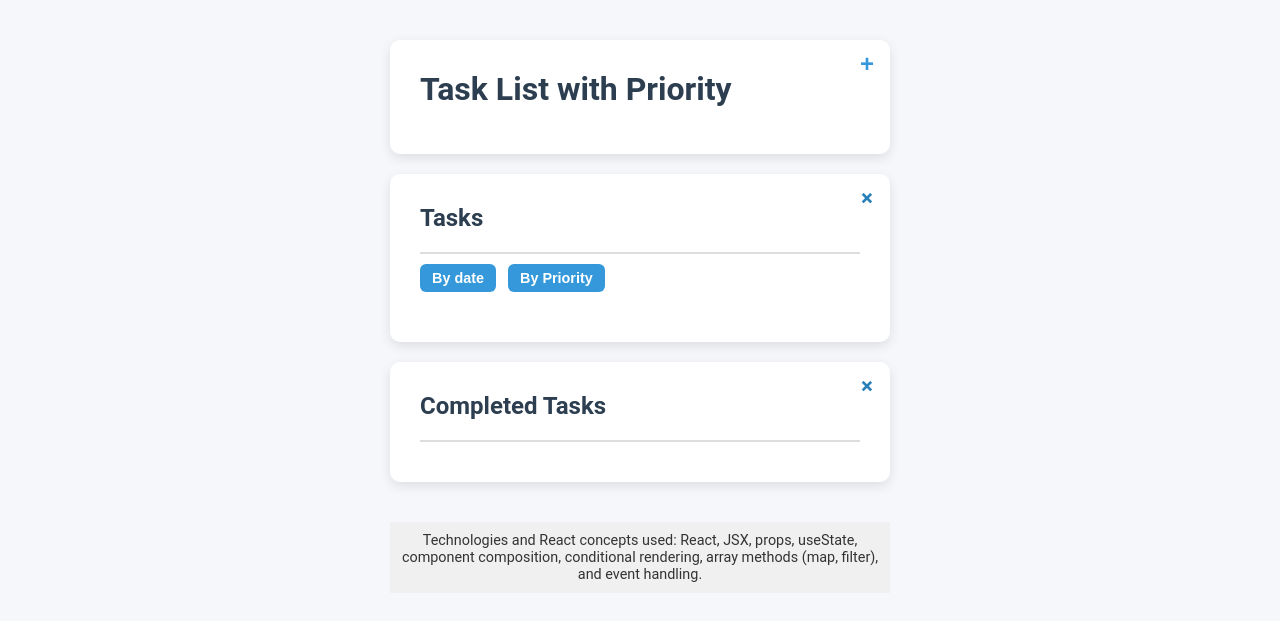
Repository: Lithium87/TaskList
Page: /
These files come from the project's save history. The page is drawn as it stood at one moment and after the next save; the edit follows.
The browser window is 1280 px wide. The pictures show the whole page.
The project was rebuilt for these pictures with package versions that can differ from the ones it lists, and the page was loaded fresh each time. Also part of the build but not shown: vite.config.js.

Above is the page before, as saved 2025-07-09 17:51:19.

### src/index.css
/* General app styles */
* {
  box-sizing: border-box;
  margin: 0;
  padding: 0;
}

body {
  font-family: "Roboto", sans-serif;
  background-color: #f5f7fa;
  display: flex;
  justify-content: center;
  align-items: flex-start;
  min-height: 100vh;
  padding: 40px;
  color: #333;
}

.app {
  display: flex;
  flex-direction: column;
  gap: 20px;
  max-width: 500px;
  width: 100%;
}

/* Main container for current tasks and completed tasks */
.task-container,
.completed-task-container {
  position: relative;
  background-color: #ffffff;
  border-radius: 10px;
  box-shadow: 0 4px 12px rgba(0, 0, 0, 0.1);
  padding: 30px;
}

/* Headings */
h1,
h2 {
  color: #2c3e50;
  margin-bottom: 16px;
}

/* Completed Task toggle button */
.completed-header {
  display: flex;
  align-items: center;
  justify-content: space-between;
}

.toggle-button {
  background: none;
  border: none;
  cursor: pointer;
  font-size: 1.2em;
  color: #3498db;
  transition: transform 0.3s ease;
}

.toggle-button.open {
  transform: rotate(180deg);
}

/* Sort buttons container */
.sort-controls {
  display: flex;
  justify-content: start;
  align-items: center;
  gap: 12px;
  margin-bottom: 20px;
}

/* Close/open button for sections */
.close-button {
  background: none;
  border: none;
  font-size: 1.5em;
  font-weight: bold;
  color: #3498db;
  cursor: pointer;
  position: absolute;
  top: 10px;
  right: 16px;
  padding: 0;
  transition: color 0.3s, transform 0.3s ease;
}

.close-button.open {
  transform: rotate(135deg); /* Turns "×" into "+" */
  color: #2980b9;
}

.close-button:hover {
  color: #2980b9;
}

/* Sort buttons */
.sort-button {
  padding: 6px 12px;
  background-color: #3498db;
  border: none;
  color: white;
  font-size: 0.9em;
  font-weight: bold;
  border-radius: 6px;
  cursor: pointer;
  transition: background-color 0.3s;
}

.sort-button.active {
  background-color: #2980b9;
  font-weight: bold;
}

.sort-button:hover {
  background-color: #2980b9;
}

/* Task form styles */
.task-form {
  display: flex;
  flex-direction: column;
  align-items: center;
  margin-bottom: 20px;
  animation: fade-in 0.5s ease-in-out;
}

.task-form input[type="text"],
.task-form select,
.task-form input[type="datetime-local"] {
  margin: 0 0 16px 0;
  padding: 12px;
  border-radius: 8px;
  border: 1px solid #ced4da;
  width: 80%;
  font-size: 1em;
  transition: border 0.3s;
}

.task-form input:focus,
.task-form select:focus,
.task-form input[type="datetime-local"]:focus {
  outline: none;
  border-color: #3498db;
}

.task-form button {
  padding: 12px 24px;
  border: none;
  background-color: #2980b9;
  color: white;
  font-size: 1em;
  font-weight: bold;
  border-radius: 8px;
  cursor: pointer;
  transition: background-color 0.3s, transform 0.2s;
  width: 80%;
}

.task-form button:hover {
  background-color: #2980b9;
  transform: translateY(-2px);
}

/* Task list styles */
.task-list,
.completed-task-list {
  list-style-type: none;
  padding: 0;
  width: 100%;
}

/* Task item styles */
.task-item {
  padding: 15px;
  border-radius: 8px;
  display: flex;
  justify-content: space-between;
  align-items: center;
  margin: 10px 0;
  font-size: 1.1em;
  transition: transform 0.2s, opacity 0.3s;
  animation: fade-in 0.5s ease-in-out;
}

.task-item.high {
  background-color: #f8d7da;
  color: #721c24;
  border-left: 6px solid #f5c6cb;
}

.task-item.medium {
  background-color: #fff3cd;
  color: #856404;
  border-left: 6px solid #ffeeba;
}

.task-item.low {
  background-color: #d4edda;
  color: #155724;
  border-left: 6px solid #c3e6cb;
}

.task-item:hover {
  transform: scale(1.02);
}

.task-info {
  flex: 1;
  text-align: left;
}

/* Date text style */
.task-deadline {
  font-size: 0.85em;
  color: #666;
  margin-top: 5px;
}

/* Buttons container for vertical alignment */
.task-buttons {
  display: flex;
  flex-direction: column;
  gap: 6px;
}

/* Complete button */
.complete-button {
  padding: 6px 10px;
  background-color: #2ecc71;
  border: none;
  color: white;
  border-radius: 6px;
  font-size: 0.85em;
  font-weight: bold;
  cursor: pointer;
  transition: background-color 0.3s, transform 0.2s;
}

.complete-button:hover {
  background-color: #27ae60;
  transform: translateY(-2px);
}

/* Delete button */
.delete-button {
  padding: 6px 10px;
  background-color: #e74c3c;
  border: none;
  color: white;
  border-radius: 6px;
  font-size: 0.85em;
  font-weight: bold;
  cursor: pointer;
  transition: background-color 0.3s, transform 0.2s;
}

.delete-button:hover {
  background-color: #c0392b;
  transform: translateY(-2px);
}

/* Completed task item */
.task-item.completed {
  background-color: #e0f7df;
  color: #155724;
  border-left: 6px solid #a5d6a7;
  opacity: 0.9;
}

/* Animation for completed tasks */
.completed-task-list .task-item {
  animation: fade-in 0.5s ease-in-out;
}

@keyframes fade-in {
  from {
    opacity: 0;
    transform: translateY(-10px);
  }
  to {
    opacity: 1;
    transform: translateY(0);
  }
}

/* Completed task list container with smooth slide-down effect */
.completed-task-list-container {
  overflow: hidden;
  max-height: 0;
  opacity: 0;
  transition: max-height 0.5s ease, opacity 0.5s ease;
}

.completed-task-list-container.open {
  max-height: 500px; /* Adjust as needed */
  opacity: 1;
}

/* Completed task list section */
.completed-task-list,
.task-list {
  margin-top: 20px;
  padding-top: 10px;
  border-top: 2px solid #ddd;
}

.footer {
  text-align: center;
  margin-top: 20px;
  padding: 10px;
  background-color: #f0f0f0;
  font-size: 0.9em;
}

### src/App.jsx
import {useState} from 'react';

function App () {
  const [tasks, setTasks] = useState ([]);
  const [sortType, setSortType] = useState ('date');
  const [sortOrder, setSortOrder] = useState ('asc');
  const [openSection, setOpenSection] = useState ({
    taskList: false,
    tasks: true,
    completedTasks: true,
  });

  const toggleSection = section => {
    setOpenSection (prev => ({
      ...prev,
      [section]: !prev[section],
    }));
  };

  const addTask = task => {
    setTasks ([...tasks, {...task, completed: false, id: Date.now ()}]);
  };

  const completeTask = id => {
    setTasks (
      tasks.map (task => (task.id === id ? {...task, completed: true} : task))
    );
  };

  const deleteTask = id => {
    setTasks (tasks.filter (task => task.id !== id));
  };

  const sortTasks = tasks => {
    return {
      date: [...tasks].sort ((a, b) => {
        const dateA = new Date (a.deadline);
        const dateB = new Date (b.deadline);
        return sortOrder === 'asc' ? dateA - dateB : dateB - dateA;
      }),
      priority: [...tasks].sort ((a, b) => {
        const priorityOrder = {low: 1, medium: 2, high: 3};
        return sortOrder === 'asc'
          ? priorityOrder[a.priority] - priorityOrder[b.priority]
          : priorityOrder[b.priority] - priorityOrder[a.priority];
      }),
    };
  };

  const toggleSortOrder = type => {
    if (sortType === type) {
      setSortOrder (prev => (prev === 'asc' ? 'desc' : 'asc'));
    } else {
      setSortType (type);
      setSortOrder ('asc');
    }
  };

  const activeTasks = tasks.filter (task => !task.completed);
  const completedTasks = tasks.filter (task => task.completed);

  return (
    <div className="app">
      <div className="task-container">
        <h1>Task List with Priority</h1>
        <button
          className={`close-button ${openSection.taskList ? 'open' : ''}`}
          onClick={() => toggleSection ('taskList')}
        >
          +
        </button>
        {openSection.taskList && <TaskForm addTask={addTask} />}
      </div>

      <div className="task-container">
        <h2>Tasks</h2>
        <button
          className={`close-button ${openSection.tasks ? 'open' : ''}`}
          onClick={() => toggleSection ('tasks')}
        >
          +
        </button>
        {openSection.tasks &&
          <TaskList
            completeTask={completeTask}
            deleteTask={deleteTask}
            activeTasks={activeTasks}
          />}
        <div className="sort-controls">
          <button
            className="sort-button"
            onClick={() => toggleSortOrder ('date')}
          >
            By date
          </button>
          <button
            className="sort-button"
            onClick={() => toggleSortOrder ('priority')}
          >
            By Priority
          </button>
        </div>
      </div>

      <div className="completed-task-container">
        <h2>Completed Tasks</h2>
        <button
          className={`close-button ${openSection.completedTasks ? 'open' : ''}`}
          onClick={() => toggleSection ('completedTasks')}
        >
          +
        </button>
        {openSection.completedTasks &&
          <CompletedTaskList
            deleteTask={deleteTask}
            completedTasks={completedTasks}
          />}
      </div>

      <Footer />
    </div>
  );
}

const TaskForm = ({addTask}) => {
  const [formData, setFormData] = useState ({
    title: '',
    priority: 'low',
    deadline: '',
  });

  const handleChange = e => {
    const {name, value} = e.target;
    setFormData (prev => ({
      ...prev,
      [name]: value,
    }));
  };

  const handleSubmit = e => {
    e.preventDefault ();
    console.log ('Task submitted:', formData);
    if (formData.title.trim () && formData.deadline) {
      addTask (formData);
      setFormData ({title: '', priority: 'low', deadline: ''});
    }
  };

  return (
    <form className="task-form" onSubmit={handleSubmit}>
      <input
        type="text"
        name="title"
        value={formData.title}
        placeholder="Task title"
        required
        onChange={handleChange}
      />
      <select
        name="priority"
        value={formData.priority}
        required
        onChange={handleChange}
      >
        <option value="low">Low Priority</option>
        <option value="medium">Medium Priority</option>
        <option value="high">High Priority</option>
      </select>
      <input
        type="datetime-local"
        name="deadline"
        value={formData.deadline}
        required
        onChange={handleChange}
      />
      <button type="submit" onSubmit={handleSubmit}>Add Task</button>
    </form>
  );
};

const TaskList = ({activeTasks, deleteTask, completeTask}) => {
  return (
    <ul className="task-list">
      {activeTasks.map (task => (
        <TaskItem
          key={task.id}
          task={task}
          deleteTask={deleteTask}
          completeTask={completeTask}
        />
      ))}
    </ul>
  );
};

const TaskItem = ({task, deleteTask, completeTask}) => {
  return (
    <li className={`task-item ${task.priority.toLowerCase ()}`}>
      <div className="task-info">
        <div>
          {task.title} <strong>{task.priority}</strong>
        </div>
        <div className="task-deadline">
          Due: {new Date (task.deadline).toLocaleString ()}
        </div>
      </div>
      <div className="task-buttons">
        {!task.completed &&
          <button
            className="complete-button"
            onClick={() => completeTask (task.id)}
          >
            Complete
          </button>}
        <button className="delete-button" onClick={() => deleteTask (task.id)}>
          Delete
        </button>
      </div>
    </li>
  );
};

const CompletedTaskList = ({completedTasks, deleteTask}) => {
  return (
    <ul className="completed-task-list">
      {completedTasks.map (task => (
        <TaskItem key={task.id} task={task} deleteTask={deleteTask} />
      ))}
    </ul>
  );
};

const Footer = () => {
  return (
    <footer className="footer">
      <p>
        Technologies and React concepts used: React, JSX, props, useState,
        component composition, conditional rendering,
        array methods (map, filter), and event handling.
      </p>
    </footer>
  );
};

export default App;

Loaded but not shown: src/main.jsx (common file)

After the next save:
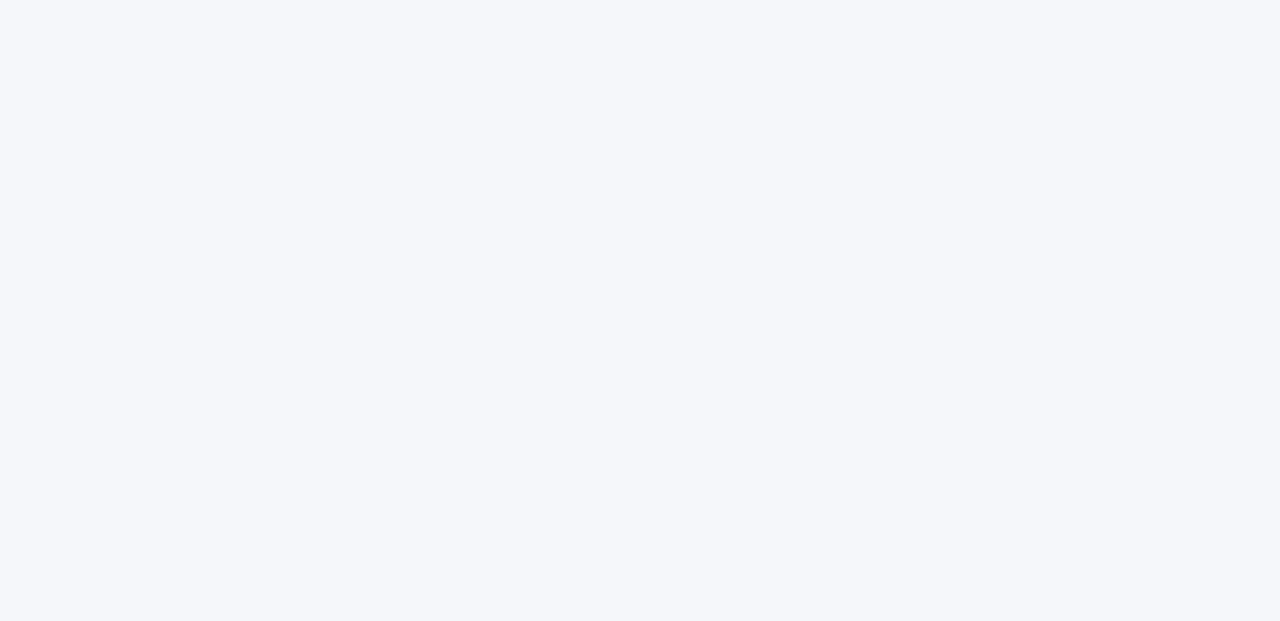
Console error: TypeError: activeTasks.map is not a function
Saved 9 min 24 s later.
--- a/src/App.jsx
+++ b/src/App.jsx
@@ -56,7 +56,7 @@ function App () {
     }
   };
 
-  const activeTasks = tasks.filter (task => !task.completed);
+  const activeTasks = sortTasks (tasks.filter (task => !task.completed));
   const completedTasks = tasks.filter (task => task.completed);
 
   return (

After the save that followed:
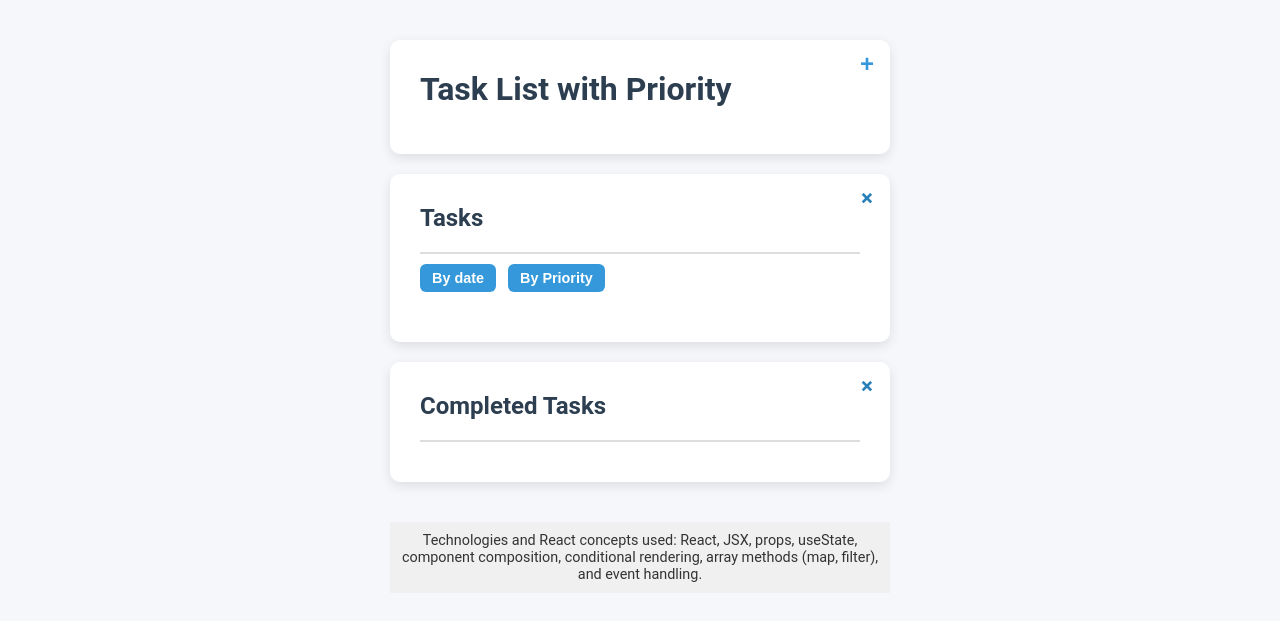
The error is gone.
Saved 4 min 34 s later.
--- a/src/App.jsx
+++ b/src/App.jsx
@@ -32,19 +32,21 @@ function App () {
   };
 
   const sortTasks = tasks => {
-    return {
-      date: [...tasks].sort ((a, b) => {
+    if (sortType === 'date') {
+      return [...tasks].sort ((a, b) => {
         const dateA = new Date (a.deadline);
         const dateB = new Date (b.deadline);
         return sortOrder === 'asc' ? dateA - dateB : dateB - dateA;
-      }),
-      priority: [...tasks].sort ((a, b) => {
-        const priorityOrder = {low: 1, medium: 2, high: 3};
+      });
+    } else if (sortType === 'priority') {
+      const priorityOrder = {low: 1, medium: 2, high: 3};
+      return [...tasks].sort ((a, b) => {
         return sortOrder === 'asc'
           ? priorityOrder[a.priority] - priorityOrder[b.priority]
           : priorityOrder[b.priority] - priorityOrder[a.priority];
-      }),
-    };
+      });
+    }
+    return tasks;
   };
 
   const toggleSortOrder = type => {
